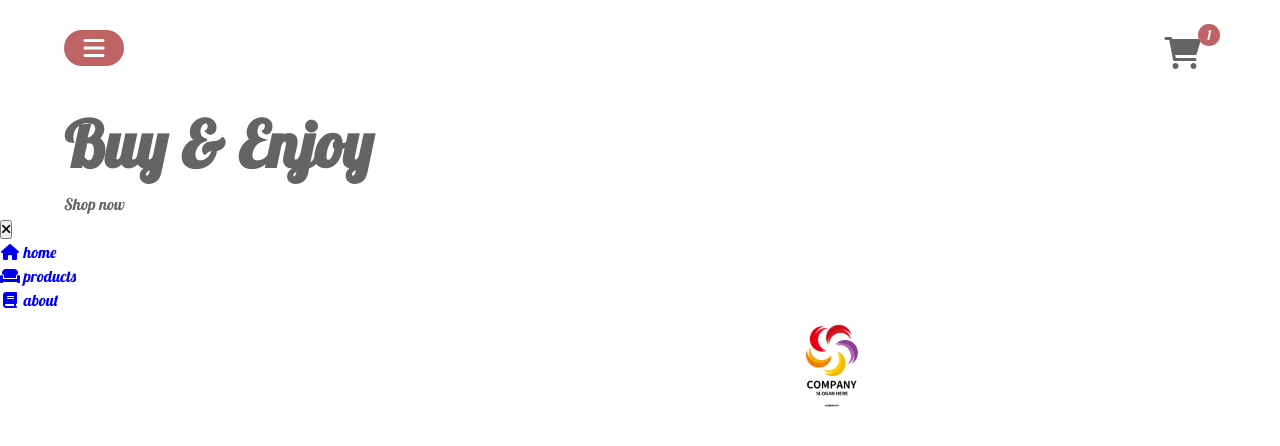
Repository: tetlisna/myprojectJS2
Page: index.html
The author's editor kept a copy of each file at every save. The page is drawn from the files as they stood at one save, then again after the next save.
The browser window is 1280 px wide. The pictures show the whole page.
Some web fonts or font styles are not loaded; a fallback is used.

Above is the page before, as saved 2022-09-04 21:07:10.

After the next save:
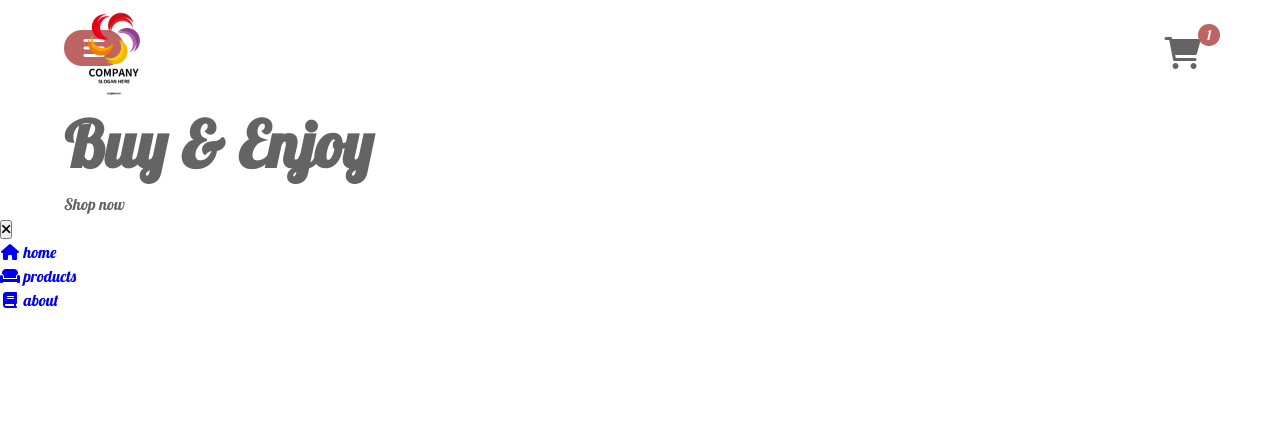
Saved 26 s later.
--- a/css/style.css
+++ b/css/style.css
@@ -44,9 +44,9 @@
     }
     .logo {
         position: absolute;
-        top: 50%;
+        /* top: 50%;
         left: 65%;
-        transform: translate(-50%, -50%);
+        transform: translate(-50%, -50%); */
     }
     .nav-bar {
         display: none;
